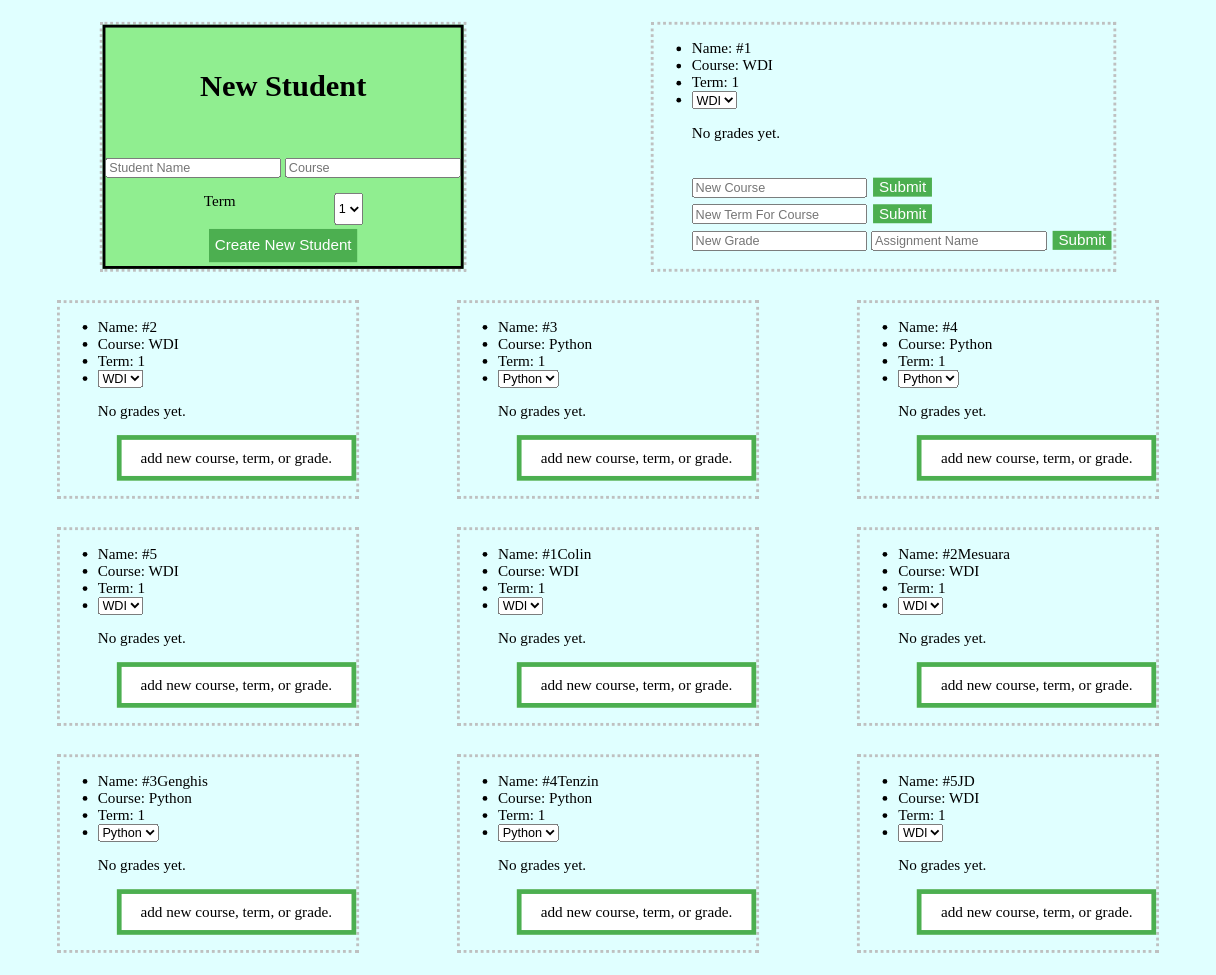
Repository: EdmontDantes/graderaide-fullstack-solution
Page: index.html
An editor plug-in stored every save of this project. The page is shown before and after the next save, followed by the edit.
The browser window is 1280 px wide. The pictures show the whole page, at 95% of full size.

Above is the page before, as saved 2020-04-22 13:45:56.

After the next save:
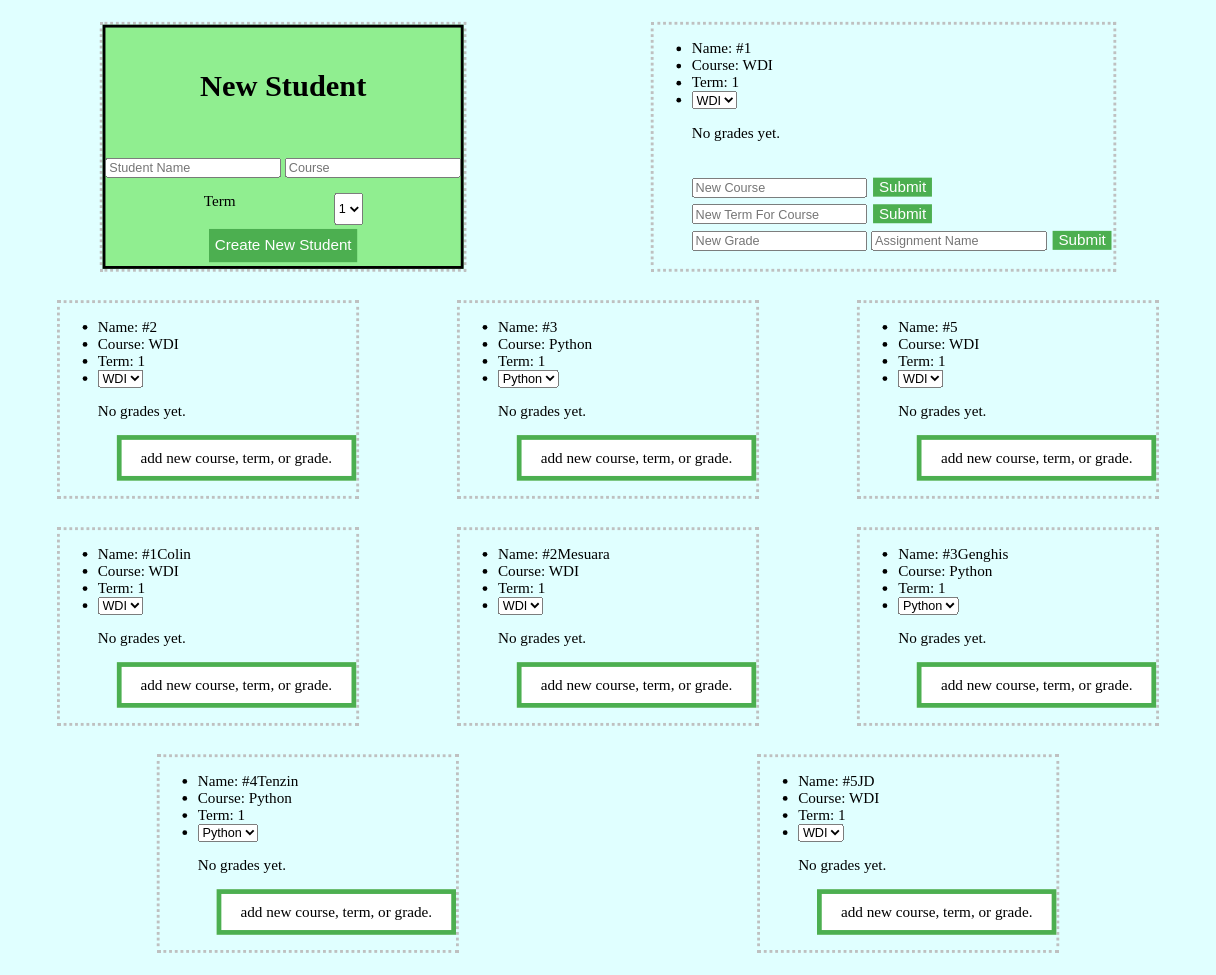
Saved 32 s later.
--- a/index.html
+++ b/index.html
@@ -94,19 +94,7 @@
         </ul>
       </section>
 
-      <section class="student-display">
-        <ul class="student-info">
-          <li>Name: #4</li>
-          <li>Course: Python</li>
-          <li>Term: 1</li>
-          <li>
-            <select class="course-selection">
-              <option value="python">Python</option>
-            </select>
-            <p>No grades yet.</p>
-          </li><a href="add.html">add new course, term, or grade.</a>
-        </ul>
-      </section>
+
 
       <section class="student-display">
         <ul class="student-info">
